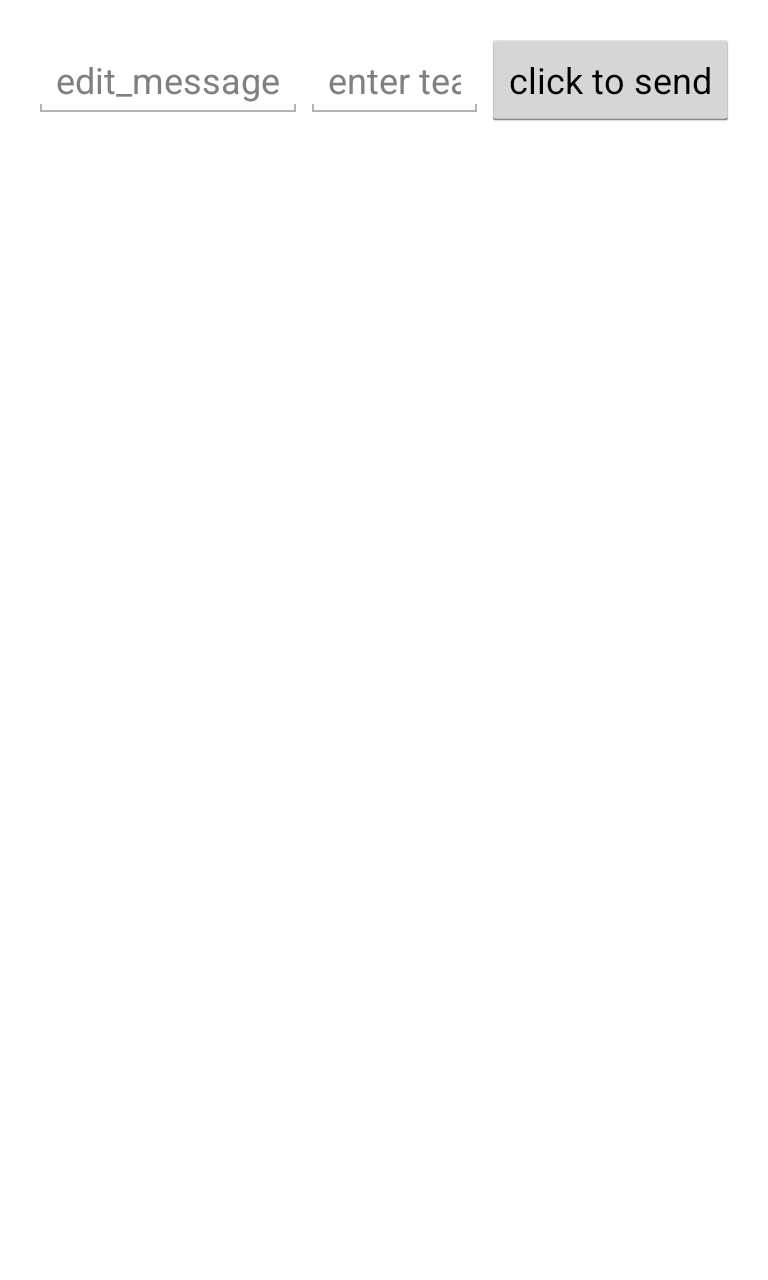
Repository: lmrobotics/linn-mar-robotics
Layout: 2013_14/Android/raflood/workspace/FTCScout/res/layout/activity_main.xml
The author's editor kept a copy of each file at every save. The layout is drawn from the files as they stood at one save, then again after the next save.
It is drawn on a 768 x 1280 px phone screen (xhdpi) without system bars, with theme AppTheme; the app's code is not run.

Above is the layout before, as saved 2013-10-17 21:43:22.

After the next save:
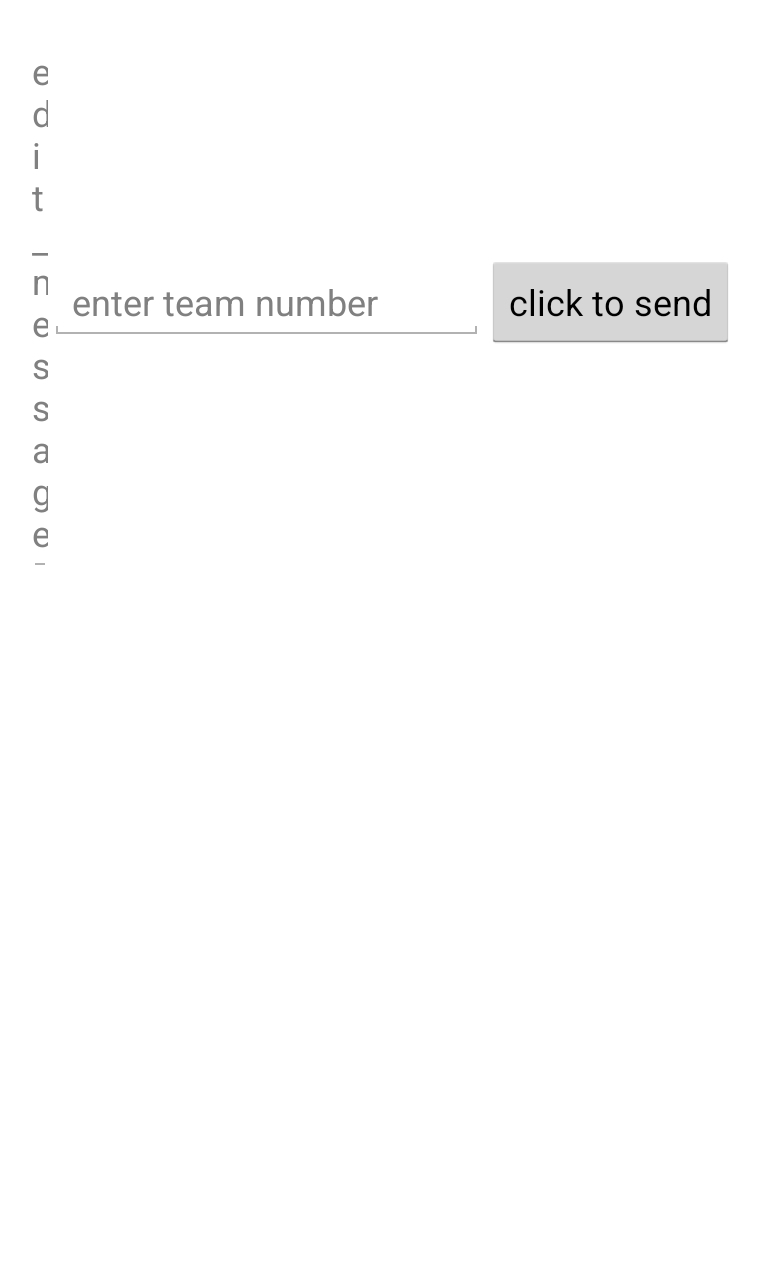
Saved 6 min 45 s later.
--- a/2013_14/Android/raflood/workspace/FTCScout/res/layout/activity_main.xml
+++ b/2013_14/Android/raflood/workspace/FTCScout/res/layout/activity_main.xml
@@ -10,7 +10,8 @@
     tools:context=".MainActivity" >
 
     <EditText android:id="@+id/edit_message"
-        android:layout_width="wrap_content"
+        android:layout_weight="1"
+        android:layout_width="0dp"
         android:layout_height="wrap_content"
         android:hint="edit_message" />
 
